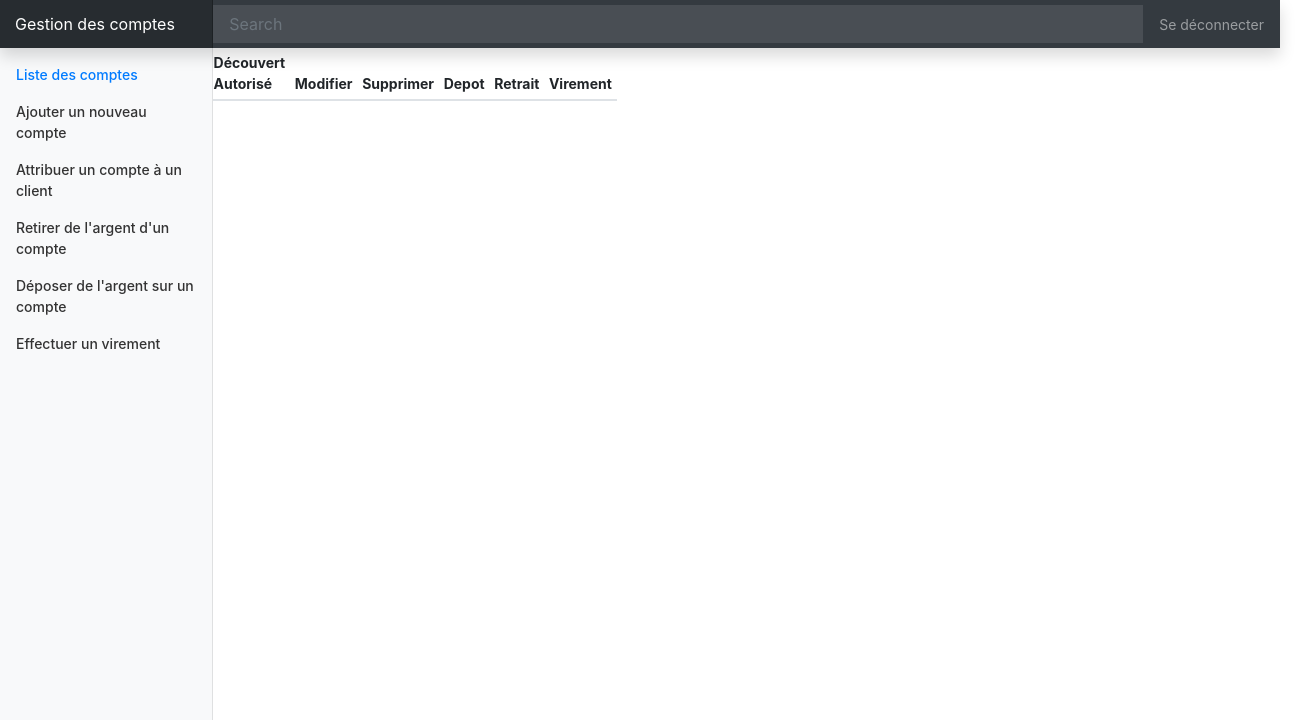
Repository: liiiseee/Projet
Page: http://localhost/02_projet_gestion_clients_compte/menu-comptes.jsp
The author's editor kept a copy of each file at every save. The page is drawn from the files as they stood at one save, then again after the next save.
The browser window is 1280 px wide. The page is 1295 px wide, so the pictures cover 1295 px, including what lies to the right of the window. The pictures show the whole page.
The page is served by Tomcat 9. Other server files are loaded and not shown. The template is opened directly, without the code that normally fills it, so the values that code supplies are empty.

Above is the page before, as saved 2020-03-30 14:50:30.

### 02_projet_gestion_clients_compte/WebContent/menu-comptes.jsp
<%@ page language="java" contentType="text/html; charset=ISO-8859-1"
    pageEncoding="ISO-8859-1"%>

<%@ taglib uri="http://java.sun.com/jsp/jstl/core" prefix="c"%>
<!DOCTYPE html>
<html>
<head>
<meta charset="ISO-8859-1">
<title>liste comptes</title>
<link href="assets/styles/bootstrap.min.css" rel="stylesheet" >

 <style>
      .bd-placeholder-img {
        font-size: 1.125rem;
        text-anchor: middle;
        -webkit-user-select: none;
        -moz-user-select: none;
        -ms-user-select: none;
        user-select: none;
      }

      @media (min-width: 768px) {
        .bd-placeholder-img-lg {
          font-size: 3.5rem;
        }
      }
    </style>
    <!-- Custom styles for this template -->
    <link href="assets/styles/dashboard.css" rel="stylesheet">
</head>
<body>

    <nav class="navbar navbar-dark fixed-top bg-dark flex-md-nowrap p-0 shadow">
  <a class="navbar-brand col-sm-3 col-md-2 mr-0" href="#">Gestion des comptes</a>
  <input class="form-control form-control-dark w-100" type="text" placeholder="Search" aria-label="Search">
  <ul class="navbar-nav px-3">
    <li class="nav-item text-nowrap">
      <a class="nav-link" href="authentification-servlet?destroy=true">Se déconnecter</a>
    </li>
  </ul>
</nav>

<div class="container-fluid">
  <div class="row">
    <nav class="col-md-2 d-none d-md-block bg-light sidebar">
      <div class="sidebar-sticky">
        <ul class="nav flex-column">
          <li class="nav-item">
            <a class="nav-link active" href="#">
              <span data-feather="home"></span>
              Liste des comptes <span class="sr-only">(current)</span>
            </a>
          </li>
          <li class="nav-item">
            <a class="nav-link" href="ajout-compte.jsp">
              <span data-feather="file"></span>
              Ajouter un nouveau compte
            </a>
          </li>
          <li class="nav-item">
            <a class="nav-link" href="attribuer-compte.jsp">
              <span data-feather="file"></span>
              Attribuer un compte à un client
            </a>
          </li>
         <li class="nav-item">
          <input type="hidden" name="action" value="liste"/>
            <a class="nav-link" href="menu-retrait.jsp">
              <span data-feather="shopping-cart"></span>
              Retirer de l'argent d'un compte
            </a>
          </li>

          <li class="nav-item">
          <input type="hidden" name="action" value="dep"/>
            <a class="nav-link" href="menu-depot.jsp">
              <span data-feather="users"></span>
             Déposer de l'argent sur un compte
            </a>
          </li>
          <li class="nav-item">
            <a class="nav-link" href="#">
              <span data-feather="bar-chart-2"></span>
              Effectuer un virement
            </a>
          </li>
          </ul>



      </div>
    </nav>
    </div>
    </div>





   <h2>Liste des comptes</h2>
   <div class="row">
     <div class="table-responsive" >
       <table class="table table-striped table-sm" style="width: 500px;">




          <thead style="width:70%;">
            <tr>
              	<th style="width:10%;">ID</th>
              	<th style="width:10%;">Id du client</th>
	 			<th style="width:10px;">Solde</th>
	 			<th style="width:10%;">type de compte</th>
	 			<th style="width:10px;">Taux</th>
	 			<th style="width:10%;">Découvert Autorisé</th>
	 			<th style="width:10px;">Modifier</th>
	 			<th style="width:10px;">Supprimer</th>
	 			<th style="width:10px;">Depot</th>
	 			<th style="width:10px;">Retrait</th>
	 			<th style="width:10px;">Virement</th>

            </tr>
          </thead>
          <tbody>
            <c:forEach items="${liste_comptes}" var="compte">
	 			<tr>

	 				<td>${compte.idCompte }</td>
	 				<td> ${compte.clientID } </td>
	 				<td> ${compte.solde } </td>
	 				<td> ${compte.typeCompte } </td>
	 				<td> ${compte.taux } </td>
	 				<td> ${compte.decouvert } </td>
	 				<td>
	 					<a href="gestion-compte-servlet?action=modif&id-compte=${compte.idCompte}">modifier</a>
	 				</td>


	 				<td>
	 					<a href="gestion-compte-servlet?action=supp&id-compte=${compte.idCompte}">supprimer</a>
	 				</td>

	 				<td>
	 					<a href="gestion-compte-servlet?action=depot&id-compte=${compte.idCompte}">depot</a>
	 				</td>

	 				<td>
	 					<a href="gestion-compte-servlet?action=retrait&id-compte=${compte.idCompte}">retrait</a>
	 				</td>
	 				<td>
	 					<a href="gestion-compte-servlet?action=virement&id-compte=${compte.idCompte}">virement</a>
	 				</td>




	 				</tr>

            </c:forEach>


          </tbody>

        </table>

            </div>
        </div>



</body>
</html>

### 02_projet_gestion_clients_compte/WebContent/assets/styles/dashboard.css
@charset "ISO-8859-1";

body {
  font-size: .875rem;
}

.feather {
  width: 16px;
  height: 16px;
  vertical-align: text-bottom;
}

/*
 * Sidebar
 */

.sidebar {
  position: fixed;
  top: 0;
  bottom: 0;
  left: 0;
  z-index: 100; /* Behind the navbar */
  padding: 48px 0 0; /* Height of navbar */
  box-shadow: inset -1px 0 0 rgba(0, 0, 0, .1);
}

.sidebar-sticky {
  position: relative;
  top: 0;
  height: calc(100vh - 48px);
  padding-top: .5rem;
  overflow-x: hidden;
  overflow-y: auto; /* Scrollable contents if viewport is shorter than content. */
}

@supports ((position: -webkit-sticky) or (position: sticky)) {
  .sidebar-sticky {
    position: -webkit-sticky;
    position: sticky;
  }
}

.sidebar .nav-link {
  font-weight: 500;
  color: #333;
}

.sidebar .nav-link .feather {
  margin-right: 4px;
  color: #999;
}

.sidebar .nav-link.active {
  color: #007bff;
}

.sidebar .nav-link:hover .feather,
.sidebar .nav-link.active .feather {
  color: inherit;
}

.sidebar-heading {
  font-size: .75rem;
  text-transform: uppercase;
}

/*
 * Content
 */

[role="main"] {
  padding-top: 133px; /* Space for fixed navbar */
}

@media (min-width: 768px) {
  [role="main"] {
    padding-top: 48px; /* Space for fixed navbar */
  }
}

/*
 * Navbar
 */

.navbar-brand {
  padding-top: .75rem;
  padding-bottom: .75rem;
  font-size: 1rem;
  background-color: rgba(0, 0, 0, .25);
  box-shadow: inset -1px 0 0 rgba(0, 0, 0, .25);
}

.navbar .form-control {
  padding: .75rem 1rem;
  border-width: 0;
  border-radius: 0;
}

.form-control-dark {
  color: #fff;
  background-color: rgba(255, 255, 255, .1);
  border-color: rgba(255, 255, 255, .1);
}

.form-control-dark:focus {
  border-color: transparent;
  box-shadow: 0 0 0 3px rgba(255, 255, 255, .25);
}

Loaded but not shown: 02_projet_gestion_clients_compte/WebContent/assets/styles/bootstrap.min.css (library)

After the next save:
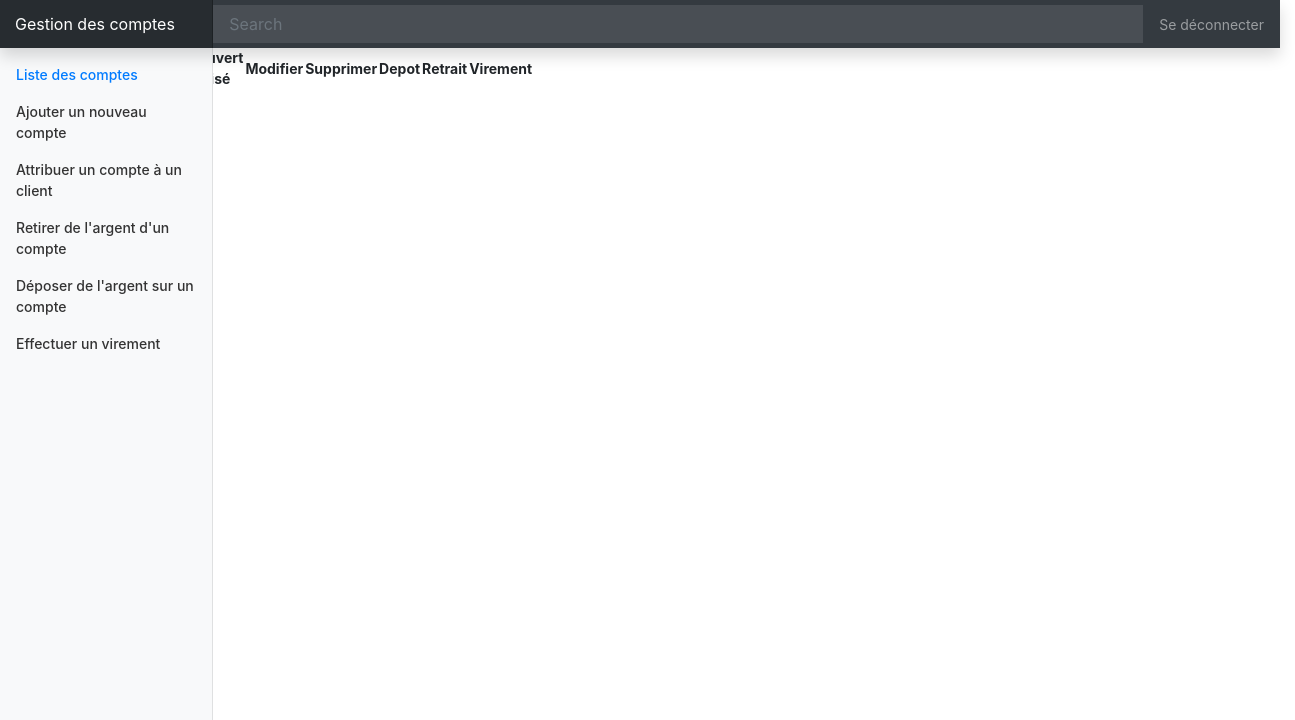
Saved 36 s later.
--- a/02_projet_gestion_clients_compte/WebContent/menu-comptes.jsp
+++ b/02_projet_gestion_clients_compte/WebContent/menu-comptes.jsp
@@ -100,7 +100,7 @@
    <h2>Liste des comptes</h2>
    <div class="row">
      <div class="table-responsive" >
-       <table class="table table-striped table-sm" style="width: 500px;">
+       <table style="width: 500px;">
 
 
 

After the save that followed:
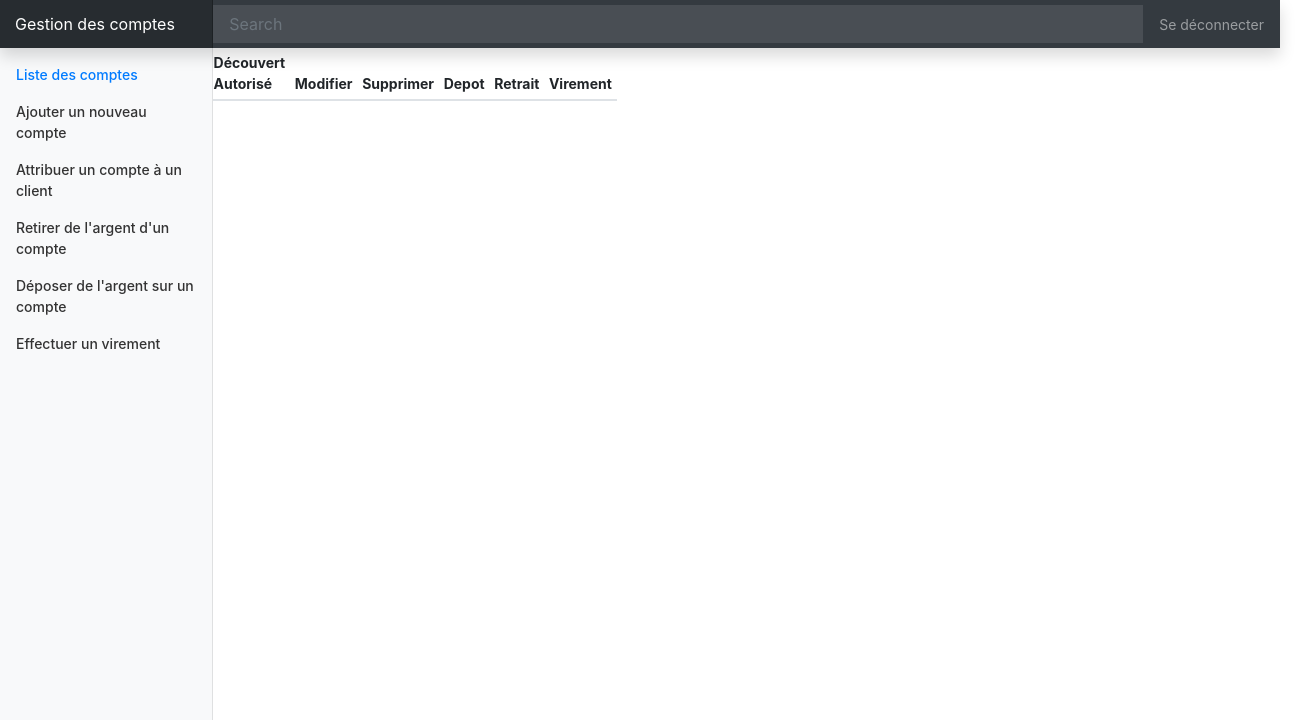
Saved 2 min 19 s later.
--- a/02_projet_gestion_clients_compte/WebContent/menu-comptes.jsp
+++ b/02_projet_gestion_clients_compte/WebContent/menu-comptes.jsp
@@ -100,12 +100,12 @@
    <h2>Liste des comptes</h2>
    <div class="row">
      <div class="table-responsive" >
-       <table style="width: 500px;">
+       <table  class="table table-striped table-sm" style="width: 500px;">
 
 
 
 
-          <thead style="width:70%;">
+          <thead>
             <tr>
               	<th style="width:10%;">ID</th>
               	<th style="width:10%;">Id du client</th>
